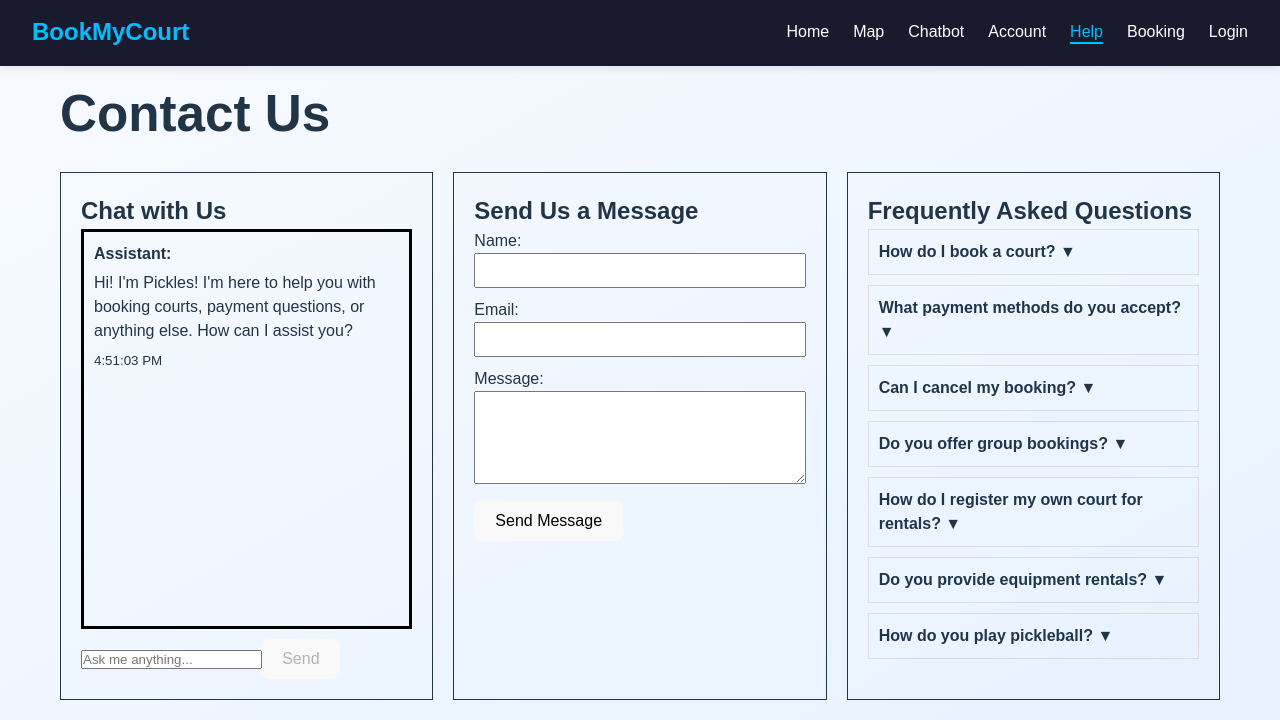
Repository: beyondparthiv/webdev-finalproject-bookmycourt
Page: /help (app in client/)
The author's editor kept a copy of each file at every save. The page is drawn from the files as they stood at one save, then again after the next save.
The browser window is 1280 px wide. The pictures show the whole page.
The page's requests for data from a server got no answer. The project was rebuilt for these pictures with package versions that can differ from the ones it lists, and the page was loaded fresh each time. No one was signed in, and anything a server would have sent is missing. Also part of the build but not shown: client/vite.config.ts, client/src/pages/Home.tsx, client/src/pages/Booking.css, client/src/pages/Booking.tsx, client/src/pages/Account.tsx, client/src/pages/Login.tsx, client/src/pages/Map.tsx.

Above is the page before, as saved 2025-12-01 16:35:27.

### client/src/App.tsx
import { BrowserRouter as Router, Routes, Route } from "react-router-dom";
import Navbar from "./components/Navbar";
import Home from "./pages/Home";
import Booking from "./pages/Booking";
import Account from "./pages/Account";
import Login from "./pages/Login";
import Map from "./pages/Map";
import "./index.css";
import { Contact } from "./pages/Chatbot+Contact/Contact";

function App() {
  return (
    <Router>
      <Navbar />
      <Routes>
        <Route path="/" element={<Home />} />
        <Route path="/booking" element={<Booking />} />
        <Route path="/account" element={<Account />} />
        <Route path="/help" element={<Contact />} />
        <Route path="/login" element={<Login />} />
        <Route path="/map" element={<Map />} />
      </Routes>
    </Router>
  );
}
export default App;

### client/src/components/Navbar.tsx
import React from "react";
import { Link, useLocation } from "react-router-dom";
import "./Navbar.css";

const Navbar: React.FC = () => {
  const location = useLocation();
  return (
    <nav className="navbar">
      <div className="logo">BookMyCourt</div>
      <ul>
        <li className={location.pathname === "/" ? "active" : ""}><Link to="/">Home</Link></li>
        <li className={location.pathname === "/map" ? "active" : ""}><Link to="/map">Map</Link></li>
        <li className={location.pathname === "/chatbot" ? "active" : ""}><Link to="/chatbot">Chatbot</Link></li>
        <li className={location.pathname === "/account" ? "active" : ""}><Link to="/account">Account</Link></li>
        <li className={location.pathname === "/help" ? "active" : ""}><Link to="/contact">Help</Link></li>
        <li className={location.pathname === "/booking" ? "active" : ""}><Link to="/booking">Booking</Link></li>
        <li className={location.pathname === "/login" ? "active" : ""}><Link to="/login">Login</Link></li>
      </ul>
    </nav>
  );
};
export default Navbar;

### client/src/pages/Chatbot+Contact/Contact.tsx
import React, { useEffect, useState } from 'react';
import { Chatbot } from './Chatbot';
import { ContactForm } from './ContactForm';
import { FAQ } from './FAQ';

// Import at the top of the file
class GeminiService {
  private baseURL = 'https://generativelanguage.googleapis.com/v1beta/models';
  private apiKey: string;

  constructor(apiKey: string) {
    this.apiKey = apiKey;
  }

  async getChatResponse(userMessage: string, conversationHistory: any[]): Promise<string> {
    const url = `${this.baseURL}/gemini-2.0-flash-lite:generateContent?key=${this.apiKey}`;

    const recentHistory = conversationHistory
      .slice(-5)
      .map(msg => `${msg.role}: ${msg.content}`)
      .join('\n');

    const prompt = `You are a helpful chatbot for a pickleball court booking website.

IMPORTANT PAGES AND INFO:
- Homepage: Click "Book My Court" button to book courts
- Payment: We accept Visa, Mastercard, Apple Pay, and PayPal
- Rules Page: Has pickleball rules and guidelines
- About Page: Information about our facility
- Contact Page: Contact information and location

When users ask about:
- Booking → Tell them to go to the homepage and click "Book My Court"
- Payment → List the payment methods we accept (Visa, Mastercard, Apple Pay, PayPal)
- Rules → Tell them to visit the Rules page
- Hours/Location → Tell them to check the Contact page
- General info → Tell them to check the About page

Be conversational, friendly, and helpful. Keep responses concise (2-3 sentences max).

${recentHistory ? `Previous conversation:\n${recentHistory}\n` : ''}

User: ${userMessage}

Response (be helpful and concise):`;

    const requestBody = {
      contents: [{
        parts: [{ text: prompt }]
      }]
    };

    try {
      const response = await fetch(url, {
        method: 'POST',
        headers: {
          'Content-Type': 'application/json',
        },
        body: JSON.stringify(requestBody)
      });

      if (!response.ok) {
        throw new Error(`API error: ${response.status}`);
      }

      const data = await response.json();
      const aiResponse = data.candidates?.[0]?.content?.parts?.[0]?.text;

      if (!aiResponse) {
        throw new Error('No response from AI');
      }

      return aiResponse;
    } catch (error) {
      console.error('Gemini API Error:', error);
      throw error;
    }
  }
}

export const Contact: React.FC = () => {
  const [geminiService, setGeminiService] = useState<GeminiService | null>(null);

  useEffect(() => {
    // Initialize Gemini service with API key from .env to access AI Bot
    const apiKey = import.meta.env.VITE_GEMINI_API_KEY || '';
    console.log('API Key loaded:', apiKey ? 'Yes' : 'No');

    setGeminiService(new GeminiService(apiKey));
  }, []);

  if (!geminiService) {
    return <div>Loading...</div>;
  }

  return (
    <div style={{ padding: '20px', maxWidth: '1200px', margin: '0 auto' }}>
      <h1>Contact Us</h1>

      <div style={{ display: 'grid', gridTemplateColumns: '1fr 1fr 1fr', gap: '20px', marginTop: '30px' }}>

       {/*Chatbot*/}
        <div style={{ border: '1px solid', padding: '20px' }}>
          <Chatbot geminiService={geminiService} />
        </div>

        {/* Contact Form */}
        <div style={{ border: '1px solid', padding: '20px' }}>
          <ContactForm />
        </div>

        {/* FAQ */}
        <div style={{ border: '1px solid', padding: '20px' }}>
          <FAQ />
        </div>

      </div>
    </div>
  );
};

### client/src/components/Navbar.css
.navbar {
  display: flex;
  justify-content: space-between;
  align-items: center;
  background-color: #1a1a2e;
  color: #fff;
  padding: 1rem 2rem;
}
.navbar .logo {
  font-weight: 700;
  color: #00bfff;
  font-size: 1.5rem;
}
.navbar ul {
  display: flex;
  list-style: none;
  gap: 1.5rem;
}
.navbar a {
  text-decoration: none;
  color: #fff;
  font-weight: 500;
}
.navbar .active a,
.navbar a:hover {
  color: #00bfff;
  border-bottom: 2px solid #00bfff;
  padding-bottom: 2px;
}

### client/src/pages/Home.css
/* Reset defaults */
* {
  margin: 0;
  padding: 0;
  box-sizing: border-box;
}

/* Body fills entire screen */
body,
html,
#root {
  width: 100%;
  height: 100%;
  font-family: 'Poppins', sans-serif;
  background: linear-gradient(to bottom right, #f8fbff, #e7f2ff);
  overflow-x: hidden;
}

/* Navbar styling */
nav {
  width: 100%;
  background-color: #111827;
  padding: 1rem 2rem;
  display: flex;
  justify-content: space-between;
  align-items: center;
  box-shadow: 0px 2px 10px rgba(0, 0, 0, 0.1);
}

/* Ensure main app container takes full width */
.app-container {
  width: 100%;
  min-height: calc(100vh - 80px);
  display: flex;
  flex-direction: column;
  align-items: center;
  justify-content: center;
  text-align: center;
}

/* Home page section */
.home-container {
  width: 100%;
  min-height: calc(100vh - 80px);
  display: flex;
  flex-direction: column;
  justify-content: center;
  align-items: center;
  background: linear-gradient(to bottom right, #eef5ff, #dbeafe);
  padding: 2rem;
  text-align: center;
}

/* Headings and text */
.home-container h1 {
  font-size: 3rem;
  font-weight: 700;
  color: #1e293b;
  margin-bottom: 1rem;
}

.home-container h1 span {
  color: #007bff;
}

.home-container p {
  font-size: 1.2rem;
  color: #475569;
  margin-bottom: 2rem;
}

/* Button */
.home-container button {
  background-color: #007bff;
  color: white;
  border: none;
  padding: 0.8rem 2rem;
  border-radius: 8px;
  font-size: 1rem;
  cursor: pointer;
  transition: all 0.3s ease;
}

.home-container button:hover {
  background-color: #0056b3;
  transform: translateY(-2px);
}

/* Responsive */
@media (max-width: 768px) {
  .home-container h1 {
    font-size: 2.2rem;
  }

  .home-container p {
    font-size: 1rem;
  }

  .home-container button {
    padding: 0.7rem 1.5rem;
  }
}

### client/src/pages/Chatbot+Contact/Chatbot.tsx
import React, { useState, useRef, useEffect } from 'react';

export interface ChatMessage {
  role: 'user' | 'assistant';
  content: string;
  timestamp: Date;
}
interface ChatbotProps {
  geminiService: any; //GeminiService from GeminiClient.ts
}

export const Chatbot: React.FC<ChatbotProps> = ({ geminiService }) => {
  const [messages, setMessages] = useState<ChatMessage[]>([
    {
      role: 'assistant',
      content: 'Hi! I\'m Pickles! I\'m here to help you with booking courts, payment questions, or anything else. How can I assist you?',
      timestamp: new Date()
    }
  ]);
  const [inputValue, setInputValue] = useState('');
  const [isLoading, setIsLoading] = useState(false);
  const messagesEndRef = useRef<HTMLDivElement>(null);

  // Auto-scroll to latest message
  const scrollToBottom = () => {
    messagesEndRef.current?.scrollIntoView({ behavior: 'smooth' });
  };

  useEffect(() => {
    scrollToBottom();
  }, [messages]);

  const handleSend = async () => {
    if (!inputValue.trim() || isLoading) return;

    // Add message from user
    const userMessage: ChatMessage = {
      role: 'user',
      content: inputValue,
      timestamp: new Date()
    };

    setMessages(prev => [...prev, userMessage]);
    setInputValue('');
    setIsLoading(true);

    try {
      // Call Gemini API
      const response = await geminiService.getChatResponse(inputValue, messages);

      // Add assistant response
      const assistantMessage: ChatMessage = {
        role: 'assistant',
        content: response,
        timestamp: new Date()
      };

      setMessages(prev => [...prev, assistantMessage]);
    } catch (error) {
      console.error('Error getting chat response:', error);
      const errorMessage: ChatMessage = {
        role: 'assistant',
        content: 'Sorry, I encountered an error. Please try again.',
        timestamp: new Date()
      };
      setMessages(prev => [...prev, errorMessage]);
    } finally {
      setIsLoading(false);
    }
  };

  const handleKeyPress = (e: React.KeyboardEvent) => {
    if (e.key === 'Enter' && !e.shiftKey) {
      e.preventDefault();
      handleSend();
    }
  };

  return (
    <div>
      <h2>Chat with Us</h2>

      <div style={{ border: '3px solid black', height: '400px', padding: '10px' }}>
        {messages.map((message, index) => (
          <div key={index} style={{ marginBottom: '10px', textAlign: message.role === 'user' ? 'right' : 'left' }}>
            <div>
              <strong>{message.role === 'user' ? 'You' : 'Assistant'}:</strong>
              <p style={{ margin: '5px 0' }}>{message.content}</p>
              <small>{message.timestamp.toLocaleTimeString()}</small>
            </div>
          </div>
        ))}
        {isLoading && (
          <div style={{ marginBottom: '10px', textAlign: 'left' }}>
            <em>Pickles is thinking...</em>
          </div>
        )}
        <div ref={messagesEndRef} />
      </div>

      <div style={{ marginTop: '10px' }}>
        <input
          type="text"
          value={inputValue}
          onChange={(e) => setInputValue(e.target.value)}
          placeholder="Ask me anything..."
          disabled={isLoading}
        />
        <button
          onClick={handleSend}
          disabled={isLoading || !inputValue.trim()} //trimming ending whitespaces
        >
          Send
        </button>
      </div>
    </div>
  );
};

### client/src/pages/Chatbot+Contact/ContactForm.tsx
import React, { useState } from 'react';

export const ContactForm: React.FC = () => {
  const [name, setName] = useState('');
  const [email, setEmail] = useState('');
  const [message, setMessage] = useState('');
  const [showAlert, setShowAlert] = useState(false);

  const handleSubmit = (e: React.FormEvent) => {
    e.preventDefault();

    // Show popup instead of actually sending email
    setShowAlert(true);

    // Clear form
    setName('');
    setEmail('');
    setMessage('');

  };

  return (
    <div>
      <h2>Send Us a Message</h2>

      {showAlert && (
        <div style={{
          background: '#00bae4ff',
          border: '1px solid #05017cff',
          padding: '15px',
          marginBottom: '20px',
          borderRadius: '5px'
        }}>
          <strong>Message sent!</strong> We will respond soon. In the meantime, check out our FAQs or ask Pickles for additional help!
        </div>
      )}

      <form onSubmit={handleSubmit}>
        <div style={{ marginBottom: '10px' }}>
          <label>Name:</label><br />
          <input
            type="text"
            value={name}
            onChange={(e) => setName(e.target.value)}
            required
            style={{ width: '100%', padding: '8px' }}
          />
        </div>

        <div style={{ marginBottom: '10px' }}>
          <label>Email:</label><br />
          <input
            type="email"
            value={email}
            onChange={(e) => setEmail(e.target.value)}
            required
            style={{ width: '100%', padding: '8px' }}
          />
        </div>

        <div style={{ marginBottom: '10px' }}>
          <label>Message:</label><br />
          <textarea
            value={message}
            onChange={(e) => setMessage(e.target.value)}
            required
            rows={5}
            style={{ width: '100%', padding: '8px' }}
          />
        </div>

        <button type="submit" style={{ padding: '10px 20px' }}>
          Send Message
        </button>
      </form>
    </div>
  );
};

### client/src/pages/Chatbot+Contact/FAQ.tsx
import React, { useState } from 'react';

interface FAQItem {
  question: string;
  answer: string;
}

export const FAQ: React.FC = () => {
  const [openIndex, setOpenIndex] = useState<number | null>(null);

  const faqs: FAQItem[] = [
    {
      question: "How do I book a court?",
      answer: "Go to the homepage and click the 'Book My Court' button. You'll be able to see available time slots and make a reservation."
    },
    {
      question: "What payment methods do you accept?",
      answer: "We accept Visa, Mastercard, Apple Pay, and PayPal. PLEASE NOTE: This is a demo site; no actual payments are processed."
    },
    {
      question: "Can I cancel my booking?",
      answer: "Yes! You can cancel up to 24 hours before your booking time for a full refund."
    },
    {
      question: "Do you offer group bookings?",
      answer: "Yes, please contact us for group rates and special event bookings."
    },
    {
      question: "How do I register my own court for rentals?",
      answer: "We offer a service for court owners to list their courts. Please reach out to us via the contact form for more information."
    },
    {
      question: "Do you provide equipment rentals?",
      answer: "No, you are required to bring your own pickleball equipment."
    },
    {
      question: "How do you play pickleball?",
      answer: "Pickleball is played with a paddle and a plastic ball with holes. The game combines elements of tennis, badminton, and ping-pong. You can find detailed rules on our Rules page."
    }
  ];

  const toggleFAQ = (index: number) => {
    setOpenIndex(openIndex === index ? null : index);
  };

  return (
    <div>
      <h2>Frequently Asked Questions</h2>

      {faqs.map((faq, index) => (
        <div key={index} style={{ marginBottom: '10px', border: '1px solid #ddd', padding: '10px' }}>
          <div
            onClick={() => toggleFAQ(index)}
            style={{ cursor: 'pointer', fontWeight: 'bold' }}
          >
            {faq.question} {openIndex === index ? '▲' : '▼'}
          </div>

          {openIndex === index && (
            <div style={{ marginTop: '10px', paddingLeft: '10px' }}>
              {faq.answer}
            </div>
          )}
        </div>
      ))}
    </div>
  );
};

Loaded but not shown: client/index.html (common file); client/src/main.tsx (common file); client/src/index.css (common file)

After the next save:
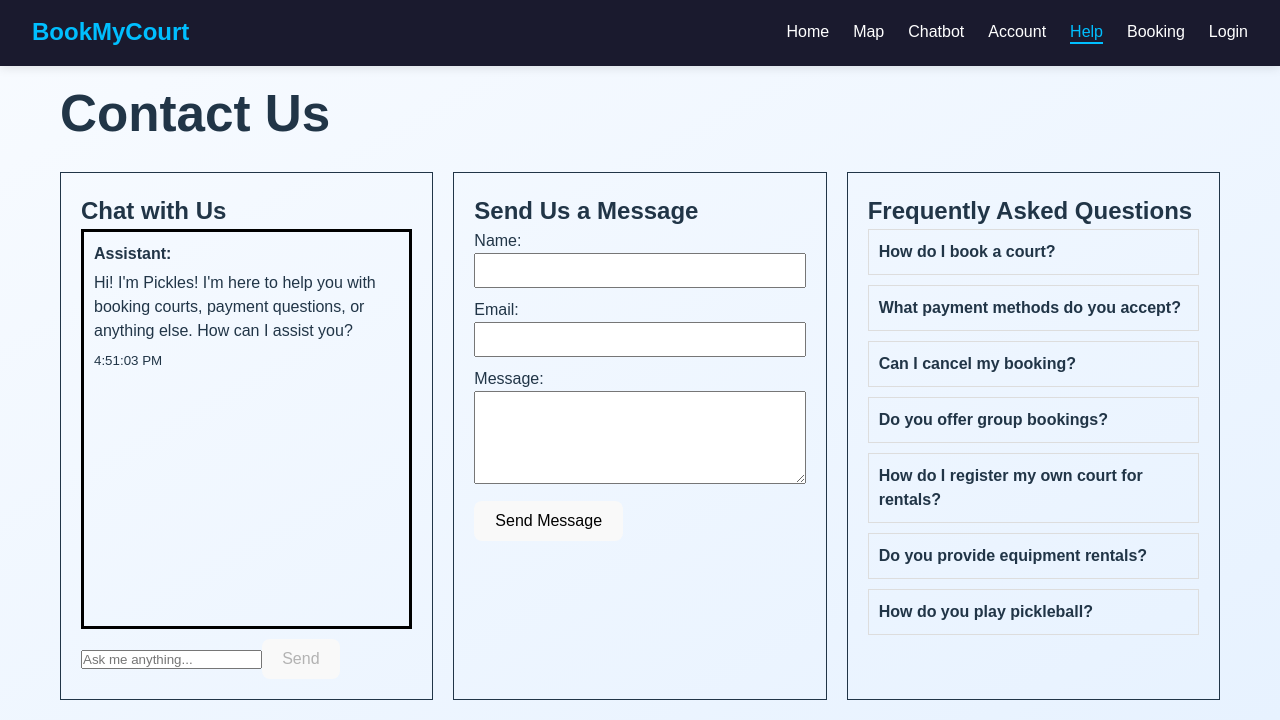
Saved 68 s later.
--- a/client/src/pages/Chatbot+Contact/FAQ.tsx
+++ b/client/src/pages/Chatbot+Contact/FAQ.tsx
@@ -35,7 +35,7 @@ export const FAQ: React.FC = () => {
     },
     {
       question: "How do you play pickleball?",
-      answer: "Pickleball is played with a paddle and a plastic ball with holes. The game combines elements of tennis, badminton, and ping-pong. You can find detailed rules on our Rules page."
+      answer: "Pickleball is played with a paddle and a plastic ball with holes. You can find detailed rules on our Rules page."
     }
   ];
 
@@ -53,7 +53,7 @@ export const FAQ: React.FC = () => {
             onClick={() => toggleFAQ(index)}
             style={{ cursor: 'pointer', fontWeight: 'bold' }}
           >
-            {faq.question} {openIndex === index ? '▲' : '▼'}
+            {faq.question}
           </div>
 
           {openIndex === index && (
